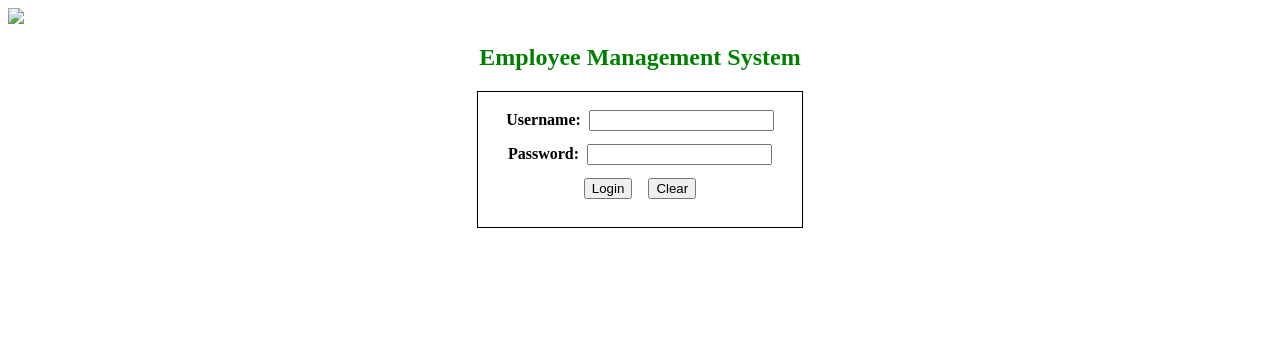
Repository: ashokroy123/test
Page: http://localhost/EmployeeManagement/empLogin
These files come from the project's save history. The page is drawn as it stood at one moment and after the next save; the edit follows.
The browser window is 1280 px wide. The pictures show the whole page.
The page is served by Tomcat 9. Other server files are loaded and not shown.

Above is the page before, as saved 2018-03-07 17:09:22.
Not found: ProjectsWorkspace/EmployeeManagement/EmployeeManagement/images/logo11.png
Not found: ProjectsWorkspace/EmployeeManagement/EmployeeManagement/images/prab.png

### ProjectsWorkspace/EmployeeManagement/WebContent/jsps/EmployeeLogin.jsp
<html>
<head>
<style>
</style>
</head>
<body background="images/prab.png"
	style="background-repeat: no-repeat; background-size: 1366px 768px;">
	<div>
		<a href="http://vcareherbalconcepts.com/products_all.php"><img
			src="${pageContext.request.contextPath}/images/logo11.png"></a>
		<center>
			<h2><font color="green">Employee Management System</font></h2>
			<form action="${pageContext.request.contextPath}/LoginServlet"
				method="post">


				<fieldset style="border: solid 1px; width: 300px;">
					<label style="color: red;">${errorMessege}</label>
					<pre></pre>
					<label><b>Username:</b></label>&nbsp;&nbsp;<input type=text
						name="uname" value=${uname} ></input>
					<pre></pre>
					<label><b>Password:</b></label>&nbsp;&nbsp;<input type=password
						name="pwd" value=${pwd} ></input>
					<pre></pre>
					<input type=submit value="Login" name="Login"></input>&nbsp;&nbsp;&nbsp;
					<input type="reset" value="Clear" name="Clear"></input> <br>
					<br>
				</fieldset>


			</form>
		</center>
	</div>
</body>
</html>

After the next save:
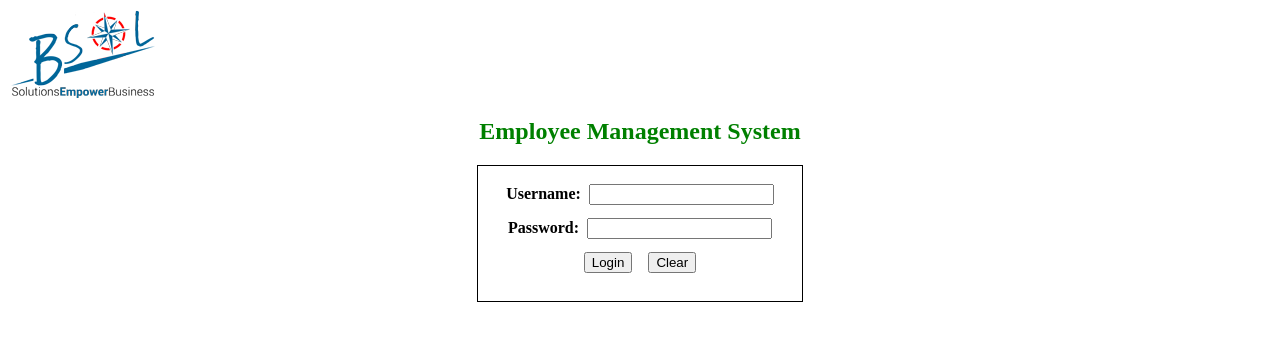
Saved 133 days later.
--- a/ProjectsWorkspace/EmployeeManagement/WebContent/jsps/EmployeeLogin.jsp
+++ b/ProjectsWorkspace/EmployeeManagement/WebContent/jsps/EmployeeLogin.jsp
@@ -7,7 +7,7 @@
 	style="background-repeat: no-repeat; background-size: 1366px 768px;">
 	<div>
 		<a href="http://vcareherbalconcepts.com/products_all.php"><img
-			src="${pageContext.request.contextPath}/images/logo11.png"></a>
+			src="${pageContext.request.contextPath}/images/bsol-logo.png"></a>
 		<center>
 			<h2><font color="green">Employee Management System</font></h2>
 			<form action="${pageContext.request.contextPath}/LoginServlet"
